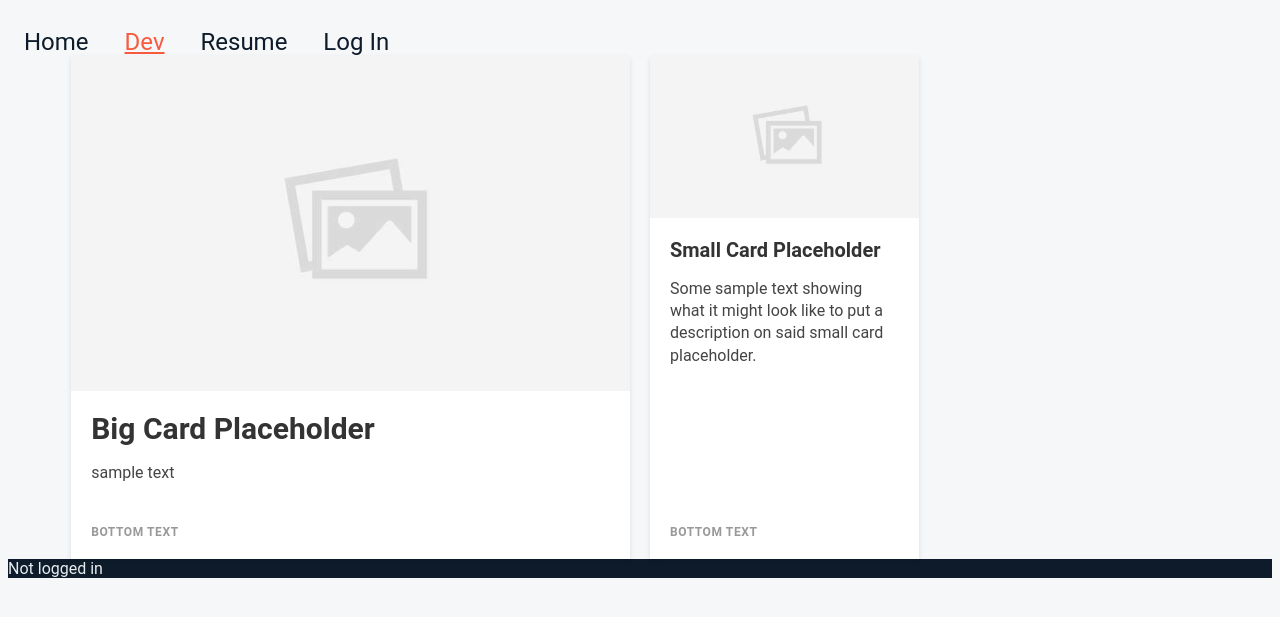
Repository: eghere-bsu/ethanghere-website
Page: http://localhost/cards.php
An editor plug-in stored every save of this project. The page is shown before and after the next save, followed by the edit.
The browser window is 1280 px wide. The pictures show the whole page.
The page is run by PHP 8.4 with error messages shown; the project is at /var/www/html/. Queries for data that is not in the repository find no rows.

Above is the page before, as saved 2023-11-06 21:02:27.

### cards.php
<?php
$page = 'dev';
include_once 'navbar.php' ?>




<html>
   <head>
      <link rel="stylesheet" href="dev.css">
   </head>
   <body>
      <div class="support-grid"></div>
      <div class="band">
      <?php
require_once 'Dao.php';

$dao = new Dao();
$posts = $dao->getPosts();

// Initialize a flag to keep track of the first post
$firstPost = true;

foreach ($posts as $index => $post) {
    // Determine the CSS class based on the index
    $cssClass = ($firstPost) ? 'item-1' : 'item-2';

    // Output the HTML for the post card
    echo '<div class="' . $cssClass . '">';
    echo '<a href="' . $post['post_link'] . '" class="card">';
    echo '<div class="thumb" style="background-image: url(' . $post['image_url'] . ');"></div>';
    echo '<article>';
    echo '<h1>' . $post['title'] . '</h1>';
    echo '<p>' . $post['description'] . '</p>';
    echo '<span>' . $post['category'] . '</span>';
    echo '</article>';
    echo '</a>';
    echo '</div>';

    // Set the flag to false after the first post
    if ($firstPost) {
        $firstPost = false;
    }
}

?>
         <div class="item-1">
               <a href="" class="card">
               <div class="thumb" style="background-image: url(assets/placeholder.jpg);"></div>
               <article>
                  <h1>Big Card Placeholder</h1>
                  <p>sample text</p>
                  <span>Bottom Text</span>
               </article>
               </a>
         </div>
         <div class="item-2">
               <a href="" class="card">
               <div class="thumb" style="background-image: url(assets/placeholder.jpg);"></div>
               <article>
                  <h1>Small Card Placeholder</h1>
                  <p>Some sample text showing what it might look like to put a description on said small card placeholder.</p>
                  <span>Bottom Text</span>
               </article>
               </a>
         </div>
      </div>
   </body>
</html>

<?php include_once 'footer.php';

### navbar.php
<?php
   session_start();
   ini_set('display_errors', 1);
   error_reporting(E_ALL);

   // Unset session variables if logging out
   if (isset($_GET['action']) && $_GET['action'] === 'logout') {
      unset($_SESSION['auth']);
      unset($_SESSION['username']);
      unset($_SESSION['powerlvl']);
   }
   $loggedIn = isset($_SESSION['auth']) && $_SESSION['auth'] === true;
   $loginText = $loggedIn ? 'Log Out' : 'Log In';
   $loginHref = $loggedIn ? 'login.php?action=logout' : 'login.php';

   $loginButton = '<a class="' . ($page == 'login' ? 'active' : '') . '" href="' . $loginHref . '">' . $loginText . '</a>';
?>

<head>
	<link rel="stylesheet" href="styles.css">
   <link rel="icon" type="image/x-icon" href="favicon.ico">
</head>
<header><title>Ethan Ghere</title></header>
<div class="nav">
   <a class="<?php if ($page == 'home')
      { echo 'active'; }?>" href='index.php'>Home</a>
   <a class="<?php if ($page == 'dev')
      { echo 'active'; }?>" href='dev.php'>Dev</a>
   <a href="assets/resume.pdf">Resume</a>

   <?php echo $loginButton; ?>
</div>

### Dao.php
<?php
ini_set('display_errors', 1);
error_reporting(E_ALL);
// Dao.php
// class for saving and getting comments from MySQL
class Dao {

  private $host = "localhost";
  private $db = "db";
  private $user = "eghere";
  private $pass = "labrador";

  public function getConnection () {
    return
      new PDO("mysql:host={$this->host};dbname={$this->db}", $this->user,
          $this->pass);
  }

  public function createUser($username, $password, $powerlvl = 0) {
    // Hash the password
    $hashedPassword = password_hash($password, PASSWORD_BCRYPT);

    $conn = $this->getConnection();
    $createUser = "INSERT INTO Users (username, password, powerlvl) VALUES (:username, :password, :powerlvl)";
    $q = $conn->prepare($createUser);
    $q->bindParam(":username", $username);
    $q->bindParam(":password", $hashedPassword);
    $q->bindParam(":powerlvl", $powerlvl);
    $q->execute();
  }

  public function usernameExists($username) {
    $conn = $this->getConnection();
    $usernameExists =
        "SELECT COUNT(*)
        FROM Users
        WHERE username = :username";
    $q = $conn->prepare($usernameExists);
    $q->bindParam(":username", $username);
    $q->execute();
    return $q->fetchColumn() > 0;
  }

  public function validateUser($username, $password) {
    //Prepare query
    $conn = $this->getConnection();
    $validateUser =
        "SELECT user_id, password, powerlvl
        FROM Users
        WHERE username = :username";
    $q = $conn->prepare($validateUser);
    $q->bindParam(":username", $username);
    $q->execute();
    //Match password
    $userRow = $q->fetch(PDO::FETCH_ASSOC);
    if ($userRow && password_verify($password, $userRow['password'])) {
        return true;
    } else {
        return false;
    }
  }

  public function getUserId($username) {
    $conn = $this->getConnection();
    $getUserId =
        "SELECT user_id
        FROM Users
        WHERE username = :username";
    $q = $conn->prepare($getUserId);
    $q->bindParam(":username", $username);
    $q->execute();

    $user_id = $q->fetchColumn();
    return $user_id;
  }

  public function getPowerlvl ($username) {
    $conn = $this->getConnection();
    $getPowerlvl =
        "SELECT powerlvl
        FROM Users
        WHERE username = :username";
    $q = $conn->prepare($getPowerlvl);
    $q->bindParam(":username", $username);
    $q->execute();

    $powerlvl = $q->fetchColumn();
    return $powerlvl;
  }

  public function createPost($user_id, $title, $description, $post_link, $image_url, $category) {
    $conn = $this->getConnection();
    $createPost = "INSERT INTO Posts (user_id, title, description, post_link, image_url, category)
                        VALUES (:user_id, :title, :description, :post_link, :image_url, :category)";
    $q = $conn->prepare($createPost);
    $q->bindParam(":user_id", $user_id);
    $q->bindParam(":title", $title);
    $q->bindParam(":description", $description);
    $q->bindParam(":post_link", $post_link);
    $q->bindParam(":image_url", $image_url);
    $q->bindParam(":category", $category);
    $q->execute();
  }

  public function getPosts() {
    $conn = $this->getConnection();

    $getPostsQuery = "SELECT * FROM Posts ORDER BY created_at DESC";
    $q = $conn->prepare($getPostsQuery);
    $q->execute();

    return $q->fetchAll(PDO::FETCH_ASSOC);
  }


  // public function getComments () {
  //   $conn = $this->getConnection();
  //   return $conn->query("SELECT comment, date_entered, id FROM comments ORDER BY date_entered desc")->fetchAll(PDO::FETCH_ASSOC);
  // }
} // end Dao

### footer.php
<div class="footer">
    <span class="footer" href="#nav">
    <?php
        if (isset($_SESSION['auth']) && $_SESSION['auth'] === true) {
            if (isset($_SESSION['username'])) {
                echo 'Logged in as ' . $_SESSION['username'];
            } else {
                echo 'Username not found';
            }
        } else {
            echo 'Not logged in';
        }
    ?>
    </span>
</div>

### styles.css
/* Global */
* {
   -moz-box-sizing: border-box;
   -webkit-box-sizing: border-box;
   box-sizing: border-box;
 }


html {
   background: #e7ecef;
   color: #0d1b2a;
   font-family: 'Roboto', sans-serif;
   -webkit-font-smoothing: antialiased;
   margin: auto;
}

body {
   color: #0d1b2a;
}

.row {
   display: flex;
   flex-direction: row;
   width: 80%;
   margin: auto;
}

.column {
   float: left;
}

/* Navigation */
.nav a {
	color: #0d1b2a;
	padding: 14px 16px;
	font-size: 24px;
	text-decoration: none;
}

.nav a.active {
	color: #f85a3e;
   text-decoration: underline;
}

/* Footer */
.footer {
   /* position: fixed;
   left: 0;
   bottom: 0; */
   width: 100%;
   background-color: #0d1b2a;
   color: #e7ecef;
   text-decoration: none;
}

/* Homepage */

.hero-l {
   width: 15%;
}

.hero-m {
   width: 30%;
}

.hero-r {
   width: 55%;
   text-align: right;
   font-size: 1.6em;
}

.row:after {
   content: "";
   display: table;
   clear: both;
}

.name {
   color: #f85a3e;
   display: flex;
   flex-direction: column;
   float: left;
   margin: 0;
   font-size: 5em;
   line-height: 1em;
   word-wrap: break-word;
   border-left: 8px solid #f85a3e;
   padding-left: 8px;
}

#stripes {
	height: 100vh;
	background: #0d1b2a;
	clip-path: polygon(0 77%, 0% 100%, 100% 100%);
}

/* bumper.html */
/* angled div */
.slanted-div {
   position: relative;
   padding: 200px 0;
   background: #128c7e;
   overflow: visible;
   z-index: 1;
 }

 /* where the magic happens */
 .slanted-div:after {
   content: '';
   width: 100%;
   height: 100%;
   position: absolute;
   background: inherit;
   z-index: -1;
   bottom: 0;
   transform-origin: left bottom;
   transform: skewY(3deg);
 }

 /* displays the content inside, as these settings in the parent breaks the effect */
 .slanted-div div {
   text-align: center;
   font-size: 1.5em;
   line-height: 1.5;
 }

/* dev.php */

### dev.css
html {
   background: #f5f7f8;
   font-family: 'Roboto', sans-serif;
   -webkit-font-smoothing: antialiased;
   padding: 20px 0;
 }

 .band {
   width: 90%;
   max-width: 1240px;
   margin: 0 auto;

   display: grid;

   grid-template-columns: 1fr;
   grid-template-rows: auto;
   grid-gap: 20px;

 }

 @media only screen and (min-width: 500px) {
   .band {
     grid-template-columns: 1fr 1fr;
   }
   .item-1 {
   grid-column: 1/ span 2;
   }
   .item-1 h1 {
     font-size: 30px;
   }
 }

 @media only screen and (min-width: 850px) {
   .band {
     grid-template-columns: 1fr 1fr 1fr 1fr;
   }
 }

 /* card */

 .card {
   min-height: 100%;
   background: white;
   box-shadow: 0 2px 5px rgba(0,0,0,0.1);
   display: flex;
   flex-direction: column;
   text-decoration: none;
   color: #444;
   position: relative;
   top: 0;
   transition: all .1s ease-in;
 }

 .card:hover {
   top: -2px;
   box-shadow: 0 4px 5px rgba(0,0,0,0.2);
 }

 .card article {
   padding: 20px;
   display: flex;

   flex: 1;
   justify-content: space-between;
   flex-direction: column;

 }
 .card .thumb {
   padding-bottom: 60%;
   background-size: cover;
   background-position: center center;
 }

 .card p {
   flex: 1; /* make p grow to fill available space*/
   line-height: 1.4;
 }

 /* typography */
 h1 {
   font-size: 20px;
   margin: 0;
   color: #333;
 }

 .card span {
   font-size: 12px;
   font-weight: bold;
   color: #999;
   text-transform: uppercase;
   letter-spacing: .05em;
   margin: 2em 0 0 0;
 }

After the next save:
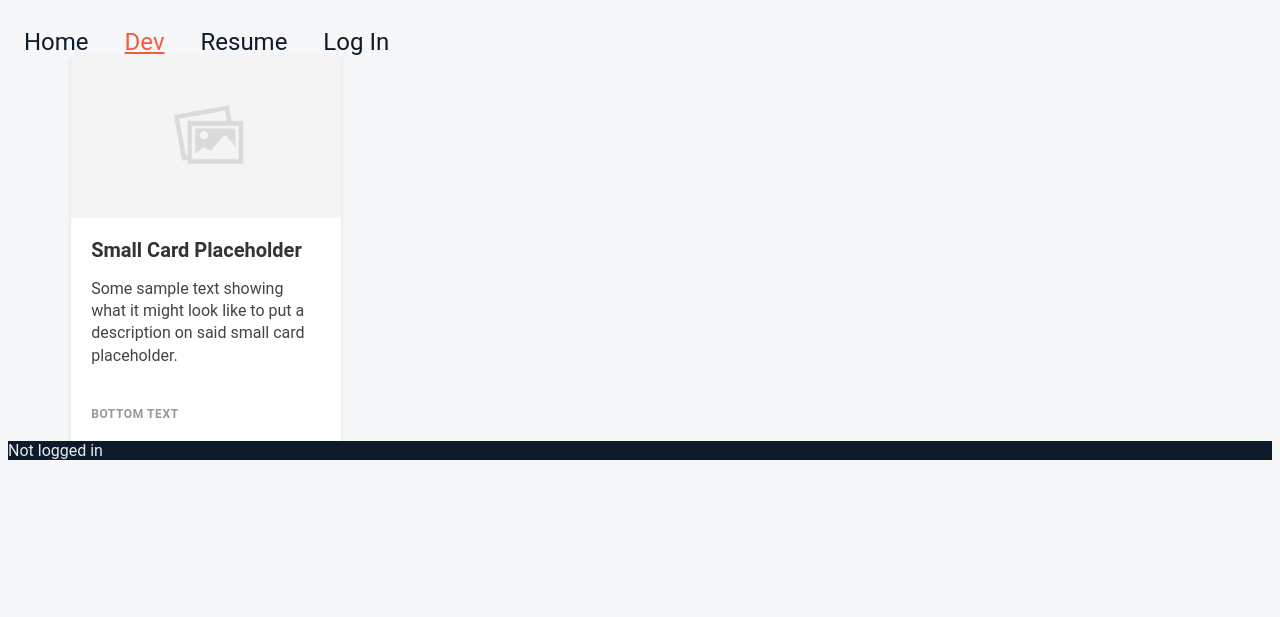
Saved 14 s later.
--- a/cards.php
+++ b/cards.php
@@ -44,16 +44,6 @@ foreach ($posts as $index => $post) {
 }
 
 ?>
-         <div class="item-1">
-               <a href="" class="card">
-               <div class="thumb" style="background-image: url(assets/placeholder.jpg);"></div>
-               <article>
-                  <h1>Big Card Placeholder</h1>
-                  <p>sample text</p>
-                  <span>Bottom Text</span>
-               </article>
-               </a>
-         </div>
          <div class="item-2">
                <a href="" class="card">
                <div class="thumb" style="background-image: url(assets/placeholder.jpg);"></div>
